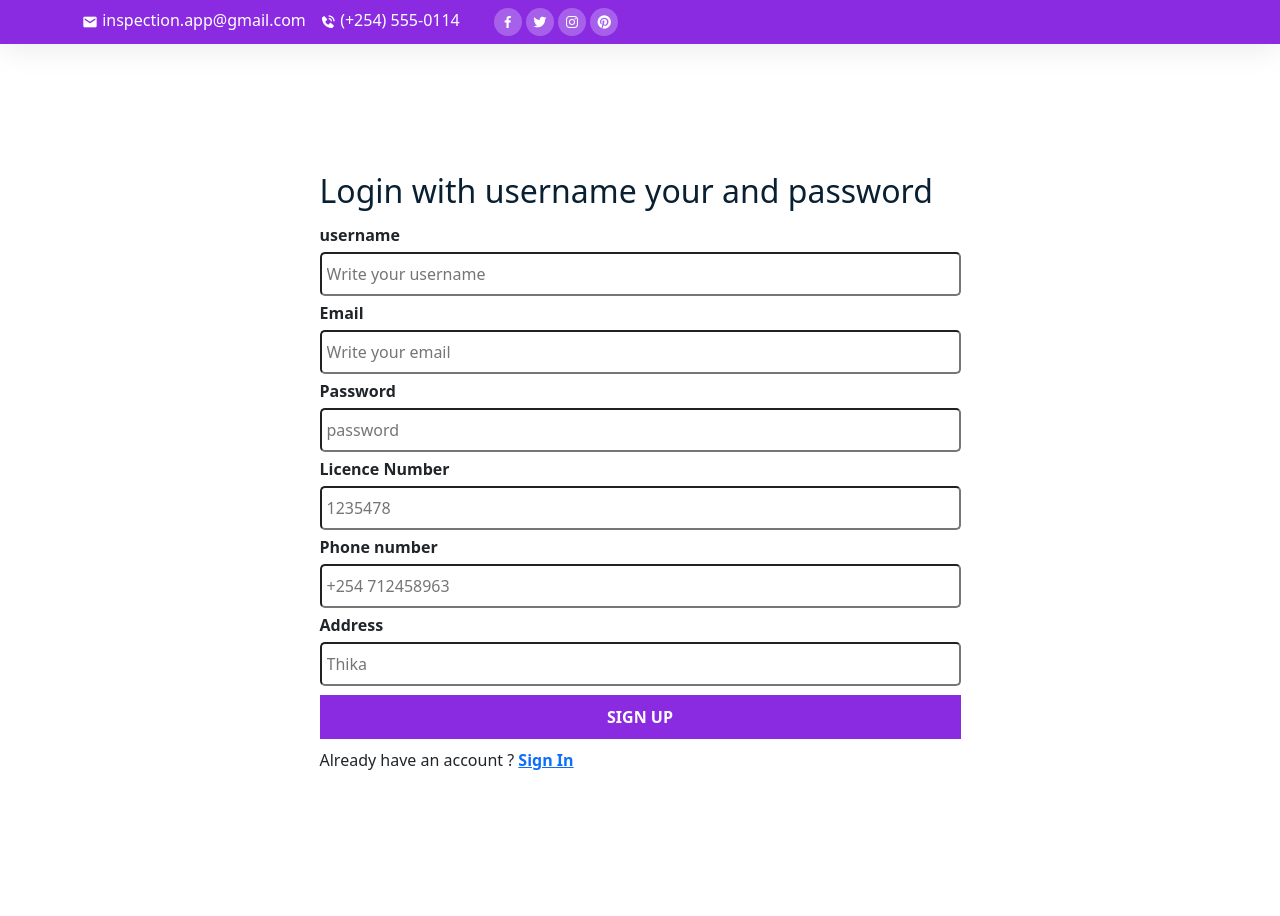
Repository: NDISHAW/Inspectionapp-rails
Page: public/signup.html
These files come from the project's save history. The page is drawn as it stood at one moment and after a run of saves; the edit follows.
The browser window is 1280 px wide. The pictures show the whole page.

Above is the page before, as saved 2022-10-09 04:46:58.

### public/signup.html
<!DOCTYPE html>
<html lang="en">
  <head>
    <meta charset="UTF-8" />
    <meta http-equiv="X-UA-Compatible" content="IE=edge" />
    <meta name="viewport" content="width=device-width, initial-scale=1.0" />
    <title>Sign up</title>
    <link rel="stylesheet" href="css/style.css">
    <link rel="stylesheet" href="css/bootstrap.min.css">
    <link rel="stylesheet" href="css/owl.carousel.min.css">
    <link rel="stylesheet" href="css/owl.theme.default.min.css">
    <link href='https://unpkg.com/boxicons@2.1.1/css/boxicons.min.css' rel='stylesheet'>

    <script src="/js/axios/dist/axios.min.js"></script>
  </head>
  <body data-bs-spy="scroll" data-bs-target=".navbar" data-bs-offset="70">


      <!-- TOP NAV -->
      <div class="top-nav navbar" id="home">
          <div class="container">
              <div class="row justify-content-between">
                  <div class="col-auto">
                      <p> <i class='bx bxs-envelope'></i> inspection.app@gmail.com</p>
                      <p> <i class='bx bxs-phone-call'></i> (+254) 555-0114</p>
                  </div>
                  <div class="col-auto social-icons">
                      <a href="#"><i class='bx bxl-facebook'></i></a>
                      <a href="#"><i class='bx bxl-twitter'></i></a>
                      <a href="#"><i class='bx bxl-instagram'></i></a>
                      <a href="#"><i class='bx bxl-pinterest'></i></a>
                  </div>
              </div>
          </div>
      </div>

    <section id="about">
      <div class="container">
        <div class="row justify-content-center">
          <div class="col-lg-7 py-5">
            <div class="row">
              <h2>Login with username your and password</h2>
              <div class="col-12">
      <!-- username  -->
      <div class="username">
        <label for="username">username</label>
        <input
          type="username"
          name="username"
          id="username"
          placeholder="Write your username"
        />
      </div>
      <!-- Email  -->
      <div class="email">
        <label for="email">Email</label>
        <input
          type="email"
          name="email"
          id="email"
          placeholder="Write your email"
        />
      </div>
      <!-- passWord -->
      <div class="pass">
        <label for="password">Password</label>
        <input
          type="password"
          name="password"
          id="password"
          placeholder="password"
        />
      </div>
      <!-- licence_no -->
      <div class="pass">
        <label for="licence_no">Licence Number</label>
        <input
          name="licence_no"
          id="licence_no"
          placeholder="1235478"
        />
      </div>

      <!-- phone -->
      <div class="pass">
        <label for="phone">Phone number</label>
        <input
          name="phone"
          id="phone"
          placeholder="+254 712458963"
        />
      </div>

      <!-- address -->
      <div class="pass">
        <label for="address">Address</label>
        <input
          type="address"
          name="address"
          id="address"
          placeholder="Thika"
        />
      </div>
      <!-- Rails button -->
      <!-- <button id="submit-btn" onclick="rails()">Rails test</button> -->
      <!-- Sign Up button -->
      <button id="submit-btn" onclick="signUp();">Sign Up</button>
      <!-- Sign In option -->
      <p>Already have an account ?</p>
      <span><a href="signIn.html">Sign In</a></span>
    </div>
    </div>
    </div>
    </section>
  </div>
    <script src="main.js"></script>
  </body>
</html>

### public/css/style.css
@import url('https://fonts.googleapis.com/css2?family=Barlow:wght@400;500;600;700&display=swap');

:root {
    --brand: blueviolet;
    --dark: #092032;
    --body: #516171;
    --border: rgba(0,0,0,0.08);
    --shadow: 0px 6px 30px rgba(0, 0, 0, 0.08);

}

body {
    font-family: "Barlow", sans-serif;
    color: var(--body);
    line-height: 1.7;
}

h1,h2,h3,h4,h5,h6,
.display-1,.display-2,.display-3,.display-4 {
    font-weight: 700;
    color: var(--dark);
}

.bg-cover {
    background-size: cover;
    background-position: center;
    background-repeat: no-repeat;
}

img {
    width: 100%;
}

a {
    color: var(--dark);
    transition: all 0.4s ease;
    font-weight: 500;
}

a:hover {
    color: var(--brand);
}

section {
    padding-top: 80px;
    padding-bottom: 80px;
}

.text-brand {
    color: var(--brand) !important;
}


.hero-slider .owl-prev,
.hero-slider .owl-next{
    background-color: rgba(255, 255, 255, 0.3) !important;
    width: 60px !important;
    height: 60px !important;
    display: block;
    display: grid;
    place-items: center;
    color: #fff !important;
    border-radius: 100px;
    line-height: 0;
    border-radius: 100px !important;
    position: absolute;
    top: 50%;
    font-weight: 600 !important;
    font-size: 12px !important;
    transition: all 0.4s ease;
    margin-top: -30px !important;
}

.owl-prev {
    left: 0;
}
.owl-next {
    right: 0;
}

.hero-slider .owl-prev:hover,
.hero-slider .owl-next:hover {
    background-color: var(--brand) !important;
}

.owl-dot.active span{
    background-color: var(--brand) !important;
}


 /* slide */
 .slide {
     min-height: 100vh;
     display: flex;
     align-items: center;
     justify-content: center;
     position: relative;
}

.slide1 {
    background: linear-gradient(rgba(0, 0, 0, 0.4), rgba(0, 0, 0, 0.4)), url(../img/mec2.jpg);
    background-size: cover;
    background-position: center;
    background-repeat: no-repeat;
}

.slide2 {
    background: linear-gradient(rgba(0, 0, 0, 0.4), rgba(0, 0, 0, 0.4)), url(../img/world3.jpg);
    background-size: cover;
    background-position: center;
    background-repeat: no-repeat;
}

.slide .display-3 {
    text-transform: uppercase;
    color: #fff;
}

/* navbar */
.top-nav {
    background-color: var(--brand);
    color: #fff;
    padding-top: 5px;
    padding-bottom: 5px;
}

.top-nav p {
    display: inline-block;
    margin-bottom: 0;
    margin-right: 10px;
}

.top-nav span,
.top-nav i {
    vertical-align: middle;
}

.navbar {
    box-shadow: var(--shadow);
}

.social-icons a {
    width: 28px;
    height: 28px;
    display: inline-flex;
    color: #fff;
    background-color: rgba(255, 255, 255, 0.25);
    text-decoration: none;
    align-items: center;
    justify-content: center;
    border-radius: 100px;
}

.social-icons a:hover {
    background-color: #fff;
    color: var(--brand);
}

.navbar .navbar-nav .nav-link {
    color: var(--dark);
}

.navbar .navbar-nav .nav-link:hover {
    color: var(--brand);
}

.navbar .navbar-nav .nav-link.active {
    color: var(--brand);
}

.navbar-brand {
    font-size: 28px;
    font-weight: 700;
}

.navbar-brand .dot {
    color: var(--brand);
}

.btn {
    padding: 8px 26px;
}

.btn-brand {
    border-color: var(--brand);
    background-color: var(--brand);
    color: #fff;
}

.btn-brand:hover {
    background-color: #d64022;
    border-color: #d64022;
    color: #fff;
}

.intro {margin-bottom: 36px;
text-align: center;}

.intro p {
    max-width: 500px;
}
.intro h6{
    color: var(--brand);
    font-weight: 400;
    text-transform: uppercase;
}

.intro h1 {
    margin-top: 15px;
    margin-bottom: 15px;
}

.info-box {
    align-items: center;
    display: flex;
}

.info-box img {
    width: 90px;
}


#milestone {
    background: linear-gradient(rgba(136, 42, 143, 0.85), rgba(48, 181, 123, 0.85)), url(../img/inspe.jpg);
    background-size: cover;
    background-position: center;
    background-repeat: no-repeat;
}

#milestone h1,
#milestone p {
    color: #fff;
}

.service {
    padding: 32px;
    background-color: #fff;
    box-shadow: var(--shadow);
}

.service h5 {
    margin-top: 24px;
    margin-bottom: 14px;
}

.service img {
    width: 90px;
}


.project {
    position: relative;
    overflow: hidden;
    z-index: 2;
}

.project h6 {
    font-weight: 400;
}

.project h6::before {
    content: "";
    height: 2px;
    width: 30px;
    display: inline-block;
    background: var(--brand);
    vertical-align: middle;
    margin-right: 10px;
}


.project .overlay {
    width: 100%;
    height: 220px;
    position: absolute;
    bottom: 0;
    left: 0;
    background: linear-gradient(180deg, rgba(255, 76, 41, 0) 0%, var(--dark) 100%);
}

.project .content {
    position: absolute;
    left: 10%;
    bottom: 10%
}

.project h2,
.project h6 {
    color: #fff;
}

.team-member {
    text-align: center;
}

.team-member .image{
    position: relative;
    z-index: 2;
    overflow: hidden;
}

.team-member .overlay {
    width: 100%;
    height: 100%;
    position: absolute;
    left: 0;
    top: -10%;
    background-color: rgba(255, 77, 41, 0.7);
    opacity: 0;
    transition: all 0.4s ease;
}

.team-member h5 {
    margin-top: 16px;
    margin-bottom: 4px;
}

.team-member .social-icons {
    position: absolute;
    top: 60%;
    left: 50%;
    transform: translate(-50%, -50%);
    z-index: 2;
    opacity: 0;
    transition: all 0.4s ease;
}

.team-member .social-icons a {
    width: 40px;
    height: 40px;
}

.team-member:hover .social-icons {
    top: 50%;
    opacity: 1;
}

.team-member:hover .overlay {
    top: 0%;
    opacity: 1;
}

#reviews {

    background: linear-gradient(-90deg, rgba(8, 32, 50, 0.8), rgba(8, 32, 50, 0.8)), url(../img/imago.jpg), #082032;;
    background-size: cover;
    background-position: center;
    background-repeat: no-repeat;
}

.review {
    text-align: center;
    z-index: 2;
    position: relative;
    margin: 15px;
    max-width: 768px;
    margin: auto;
}

.review .bxs-quote-alt-left {
    font-size: 120px;
    position: absolute;
    opacity: 0.1;
    left: 50%;
    top: 50%;
    transform: translate(-50%, -50%);
    color: #fff;
}

.review img {
    width: 80px !important;
    height: 80px;
    border-radius: 100px;
    margin: auto;
}

.review h5 {
    margin-top: 16px;
    margin-bottom: 4px;
    color: #fff;
}

.review h3 {
    margin-top: 26px;
    margin-bottom: 26px;
    font-size: 22px;
    color: #fff;
    font-weight: 400;
    line-height: 1.7;
}

.review small {
    color: var(--brand);
}

.review .stars {
    color: var(--brand);
}

.blog-post {
    position: relative;
    background-color: #fff;
    box-shadow: var(--shadow);
}

.blog-post .content {
    padding: 32px;
}

.blog-post a {
    position: absolute;
    top: 20px;
    left: 20px;
    background-color: var(--brand);
    padding: 2px 12px;
    border-radius: 100px;
    text-decoration: none;
    color: #fff;
}

.blog-post h5 {
    margin-top: 12px;
    margin-bottom: 12px;
}

.blog-post small {
    text-transform: uppercase;
    color: var(--brand);
    text-decoration: underline;
}

footer {
    background: linear-gradient(0deg, rgba(8, 32, 50, 0.9), rgba(8, 32, 50, 0.9)), url(../img/teammech.jpg), #082032;;
    background-size: cover;
    background-position: center;
    background-repeat: no-repeat;
}

footer .footer-top {
    padding-top: 80px;
    padding-bottom: 40px;
}

.footer-bottom {
    border-top: 1px solid rgba(255, 255, 255, 0.1);
    padding-bottom: 20px;
    padding-top: 20px;
}

footer .navbar-brand {
    color: #fff;
}

footer p {
    color: #ADB3B9;
}

footer .social-icons a {
    width: 50px;
    height: 50px;
    font-size: 20px;
    margin-left: 4px;
    margin-right: 4px;
}

.loader {
    min-height: 100vh;
    display: flex;
    align-items: center;
    justify-content: center;
    background-color: red;
    z-index: 99999;
    position: fixed;
    left: 0;
    right: 0;
}


input.form-control {
    border-color: transparent;
    height: 44px;
}

.form-control {
    background-color: rgba(0, 0, 0, 0.04);
    border-color: rgba(0, 0, 0, 0.04);;
}

.form-control:focus {
    box-shadow: none;
    border-color: var(--brand);
}
.form {
    width: 400px;
    border-radius: 5px;
    background-color: white;
    height:fit-content;
    padding: 5px 10px;
    background-color: #9633FF;
}
label {
    display: block;
    font-weight: bolder;
    margin: 5px 0px;
}

input {
    width: 100%;
    padding: 8px 5px;
    border-radius: 5px;
    margin-bottom: 10px;
}

#submit-btn {
    border: none;
    background-color: blueviolet;
    width: 100%;
    padding: 10px 8px;
    color: white;
    font-weight: bolder;
    text-transform: uppercase;
    cursor: pointer;
    margin: 9px 0px;
}

p {
    font-size: 16px;
    border-radius: 10px;
    cursor: pointer;
    display: inline-block;
}

a {
    text-decoration: none;
    font-weight: bolder;
}


/*@import url(https://fonts.googleapis.com/css?family=Roboto:400,300,500);*/
*:focus {
    outline: none;

}

### public/main.js
// // setting up firebase with our website
// const firebaseApp = firebase.initializeApp({
//         apiKey: "AIzaSyDF9DKF44fhzBzk5fZB5Mk4_21q4Ey2kxQ",
//         authDomain: "inspection-e4bf7.firebaseapp.com",
//         projectId: "inspection-e4bf7",
//         storageBucket: "inspection-e4bf7.appspot.com",
//         messagingSenderId: "94545597565",
//         appId: "1:94545597565:web:9e1d12415061541a4ecd14",
//         measurementId: "G-P207FELWW2"
//       });
// const db = firebaseApp.firestore();
// const auth = firebaseApp.auth();

// Sign up function
// function signUp(){
//     //DOM manupilation
//     const email = document.getElementById("email").value;
//     const password = document.getElementById("password").value;
//     const phone = document.getElementById("phone").value;
//     const licence_no = document.getElementById("licence_no").value;
//     const address = document.getElementById("address").value;
//     console.log(email, password)
//     // firebase code
//     firebase.auth().createUserWithEmailAndPassword(email, password)
//         .then((result) => {
//             // Signed in
//             document.write("You are Signed Up")
//             window.location = "dashboard.html";
//             console.log(result)
//             // ...
//         })
//         .catch((error) => {
//             console.log(error.code);
//             console.log(error.message)
//             // ..
//         });
// }




// Sign In function
// const username = document.getElementById("username").value;
// const password = document.getElementById("password").value;

function signIn() {
    const username = document.getElementById("username").value;
    const password = document.getElementById("password").value;
    // firebase code
    // firebase.auth().signInWithEmailAndPassword(email, password)
    axios
        .post("http://localhost:3000/api/login", {
            password: password,
            username: username,
            // phone: phone,
            // licence_no: licence_no,
            // address: address,
        })
        .then((result) => {
            // Signed in
            document.write("You are Signed In");
            // window.location = "form.html";
            window.location = "dashboard.html";

            console.log(result);
        })
        .catch((error) => {
            console.log(error.code);
            console.log(error.message);
        });
}

function signUp() {
  const username = document.getElementById("username").value;
  const email = document.getElementById("email").value;
  const password = document.getElementById("password").value;const phone = document.getElementById("phone").value;const licence_no = document.getElementById("licence_no").value;const address = document.getElementById("address").value;
  // firebase code
  // firebase.auth().signInWithEmailAndPassword(email, password)
  axios
    .post("http://localhost:3000/api/signup", {
      username: username,
      password: password,
      phone: phone,
      licence_no: licence_no,
      address: address,
      email: email,
    })
    .then((result) => {
      // Signed in
      document.write("You are Signed Up");
      // window.location = "form.html";
      window.location = "dashboard.html";

      console.log(result);
    })
    .catch((error) => {
      console.log(error.code);
      console.log(error.message);
    });
}

Loaded but not shown: public/css/bootstrap.min.css (library); public/css/owl.carousel.min.css (library); public/css/owl.theme.default.min.css (common file); public/js/axios/dist/axios.min.js (library)

After the next 3 saves:
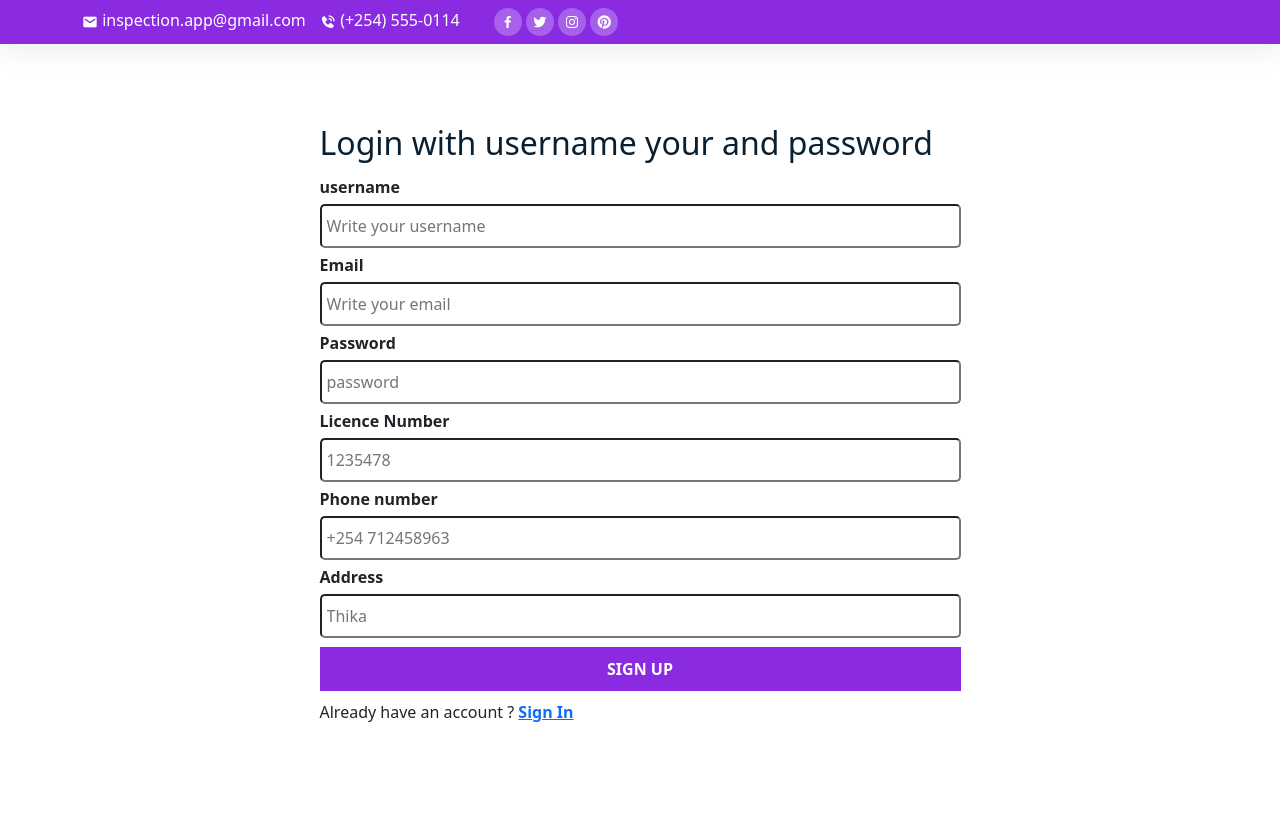
The 3 saves are shown as one change because they came seconds apart.
The last was saved 8 s later.
--- a/public/signup.html
+++ b/public/signup.html
@@ -37,7 +37,7 @@
     <section id="about">
       <div class="container">
         <div class="row justify-content-center">
-          <div class="col-lg-7 py-5">
+          <div class="col-lg-7 py-9">
             <div class="row">
               <h2>Login with username your and password</h2>
               <div class="col-12">

After the 2 saves that followed:
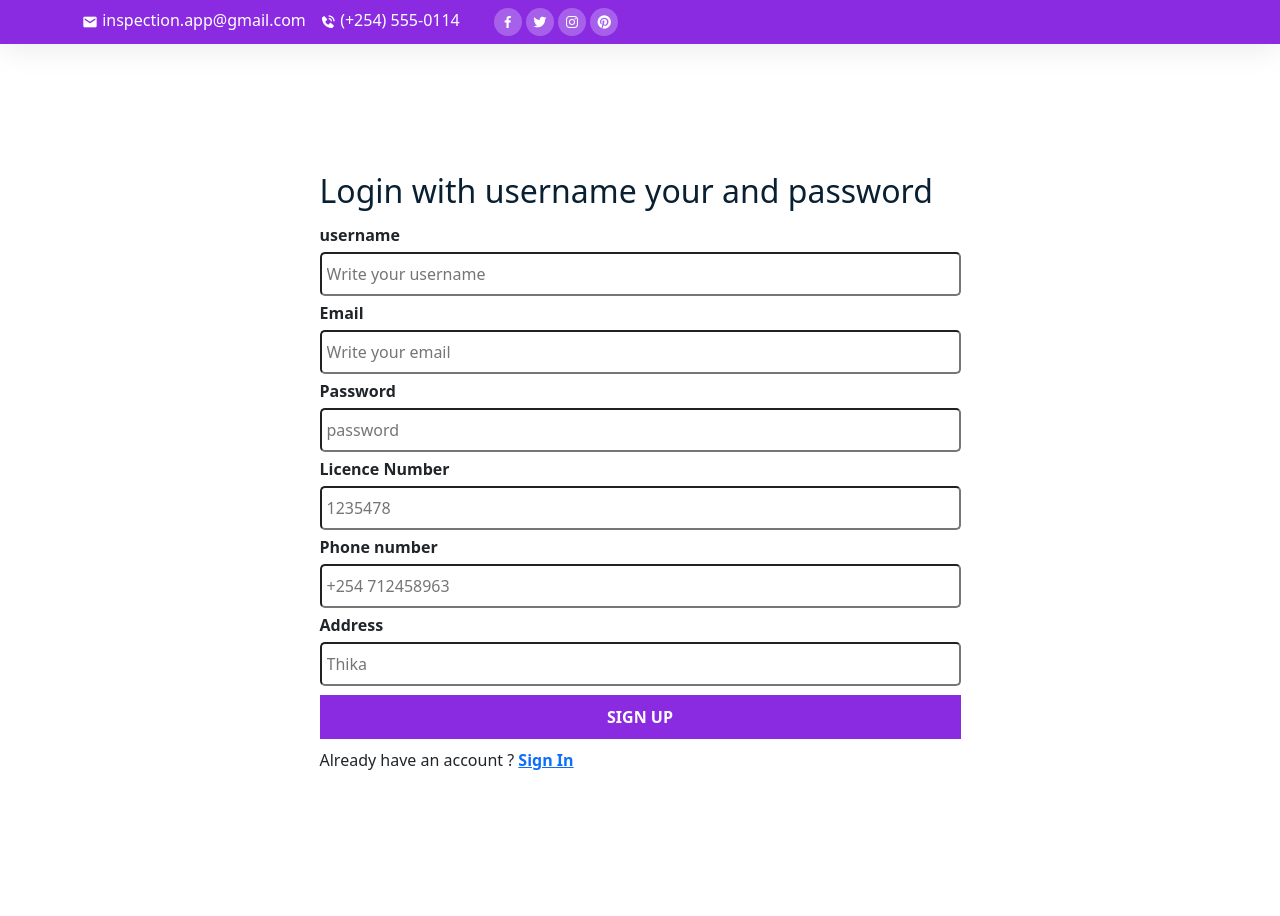
The 2 saves are shown as one change because they came seconds apart.
The last was saved 8 s later.
--- a/public/signup.html
+++ b/public/signup.html
@@ -37,7 +37,7 @@
     <section id="about">
       <div class="container">
         <div class="row justify-content-center">
-          <div class="col-lg-7 py-9">
+          <div class="col-lg-7 py-5">
             <div class="row">
               <h2>Login with username your and password</h2>
               <div class="col-12">
